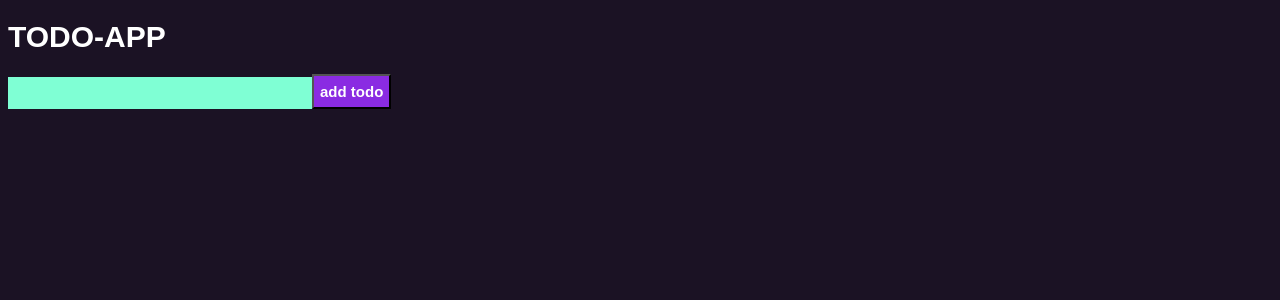
Repository: bilelsalemdev/todo-app
Page: /
The author's editor kept a copy of each file at every save. The page is drawn from the files as they stood at one save, then again after the next save.
The browser window is 1280 px wide. The pictures show the whole page.
The project was rebuilt for these pictures with package versions that can differ from the ones it lists, and the page was loaded fresh each time.

Above is the page before, as saved 2022-11-04 18:09:50.

After the next save:
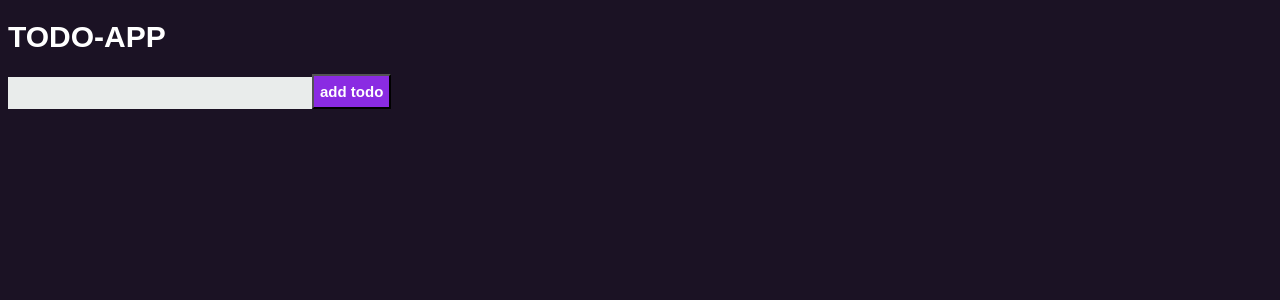
Saved 4 s later.
--- a/src/App.css
+++ b/src/App.css
@@ -9,7 +9,7 @@
 .input {
 
   border: none;
-  background-color: aquamarine;
+  background-color: rgb(233, 236, 235);
 width: 300px;
 height: 30px;
 
